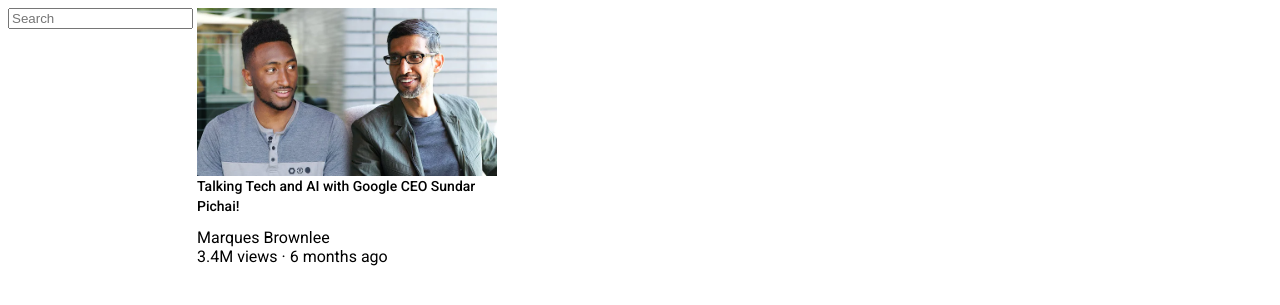
Repository: knowledgeAlan/html-css-ten
Page: youtube.html
These files come from the project's save history. The page is drawn as it stood at one moment and after the next save; the edit follows.
The browser window is 1280 px wide. The pictures show the whole page.

Above is the page before, as saved 2024-03-06 18:36:05.

### youtube.html
<!DOCTYPE html>
<html>

<head>
    <title>Youtube.com Clone</title>

    <link rel="preconnect" href="https://fonts.googleapis.com">
    <link rel="preconnect" href="https://fonts.gstatic.com" crossorigin>
    <link href="https://fonts.googleapis.com/css2?family=Roboto:wght@400;500;700&display=swap" rel="stylesheet">
    <style >

        p {
            font-family: Roboto,Arial;
            margin-top: 0;
            margin-bottom: 0;
        }
        .thumbnail {
            width: 300px;
            display: block;
        }

        .search-bar{

                display: block;
        }

        .video-title {
            margin-top: 0;
            font-size: 14px;
            font-weight: 500;
            line-height: 20px;
            margin-bottom: 12px;
        }

        .video-preview {

            width: 300px;
            display: inline-block;
            vertical-align: top;
            margin-right: 15px;
        }



    </style>

    <body>



        <input class="searh-bar" type="text" placeholder="Search">


        <div class="video-preview">

            <img class="thumbnail" src="thumbnails/thumbnail.png" alt="Dinosaur"/>

            <p class="video-title">
                Talking Tech and AI with Google CEO Sundar Pichai!
            </p>

            <p class="video-author">
                Marques Brownlee
            </p>

            <p class="video-stats">
                3.4M views &#183; 6 months ago
            </p>
        </div>


        <div class="video-preview">

            <div class="thumbnail-row">

            </div>
        </div>
    </body>
</head>
</html>

After the next save:
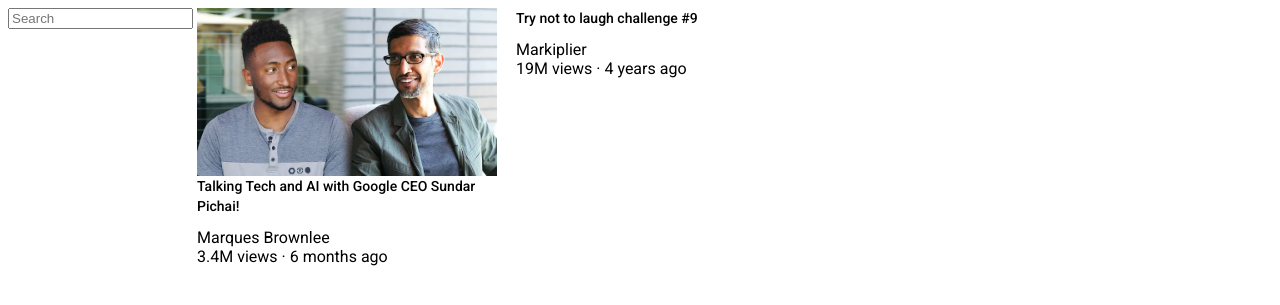
Saved 23 h 36 min later.
--- a/youtube.html
+++ b/youtube.html
@@ -72,6 +72,21 @@
         <div class="video-preview">
 
             <div class="thumbnail-row">
+                <img class="thumbnail" sr="thumails/thumbnail-2.webp">
+            </div>
+
+            <div class="video-info">
+                <p class="video-title">
+                    Try not to laugh challenge #9
+                </p>
+
+                <p class="video-author">
+                       Markiplier
+                </p>
+
+                <p class="video-stats">
+                    19M views &#183; 4 years ago
+                </p>
 
             </div>
         </div>
